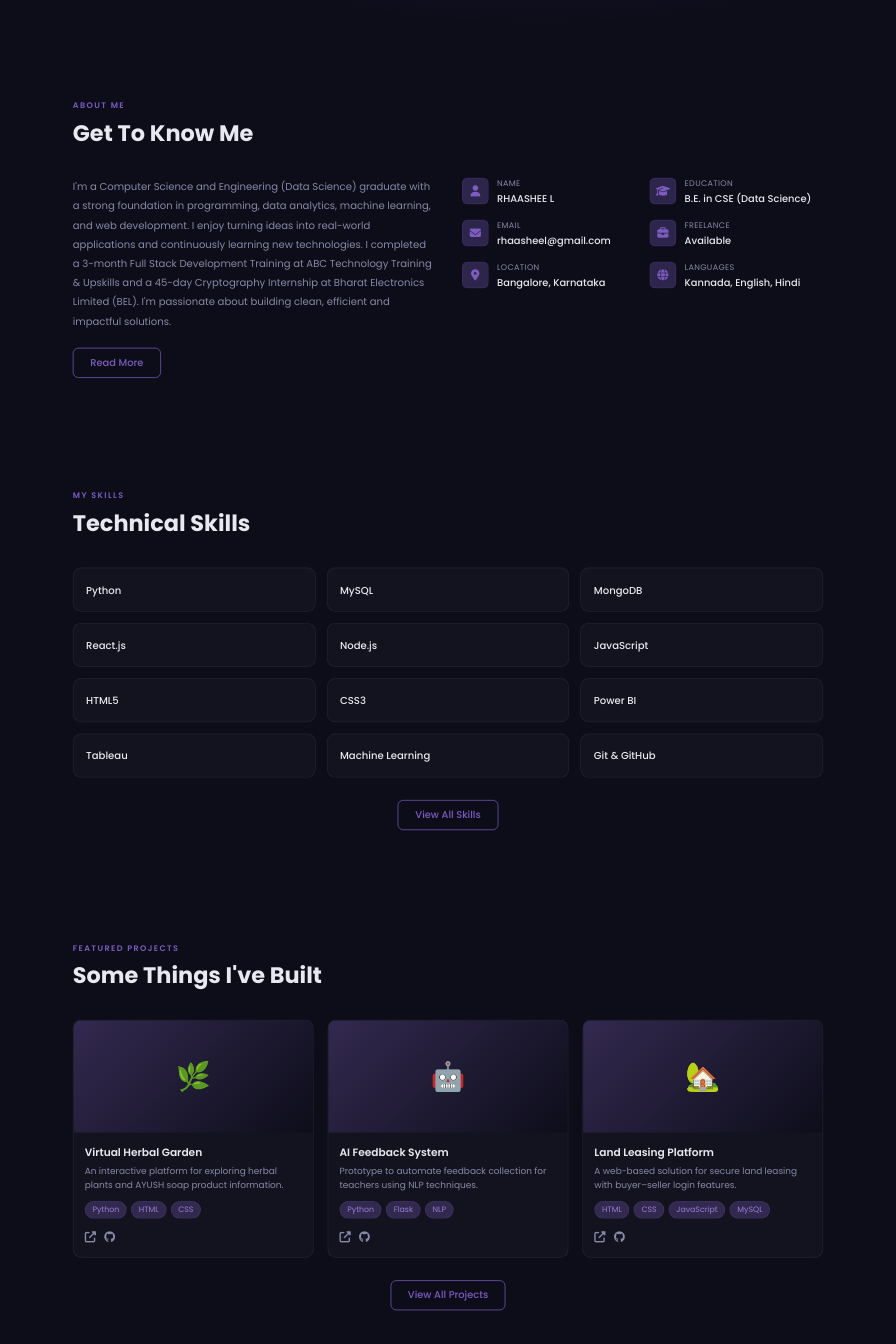
Repository: Rhaashee/Portfolio
Page: MyProfile-frontend/index.html
These files come from the project's save history. The page is drawn as it stood at one moment and after the next save; the edit follows.
The browser window is 1280 px wide. The pictures show the part of the page from y = 677 to 2597 px (the page is 5020 px tall), at 70% of full size.

Above is the page before, as saved 2026-06-21 13:11:46.

After the next save:
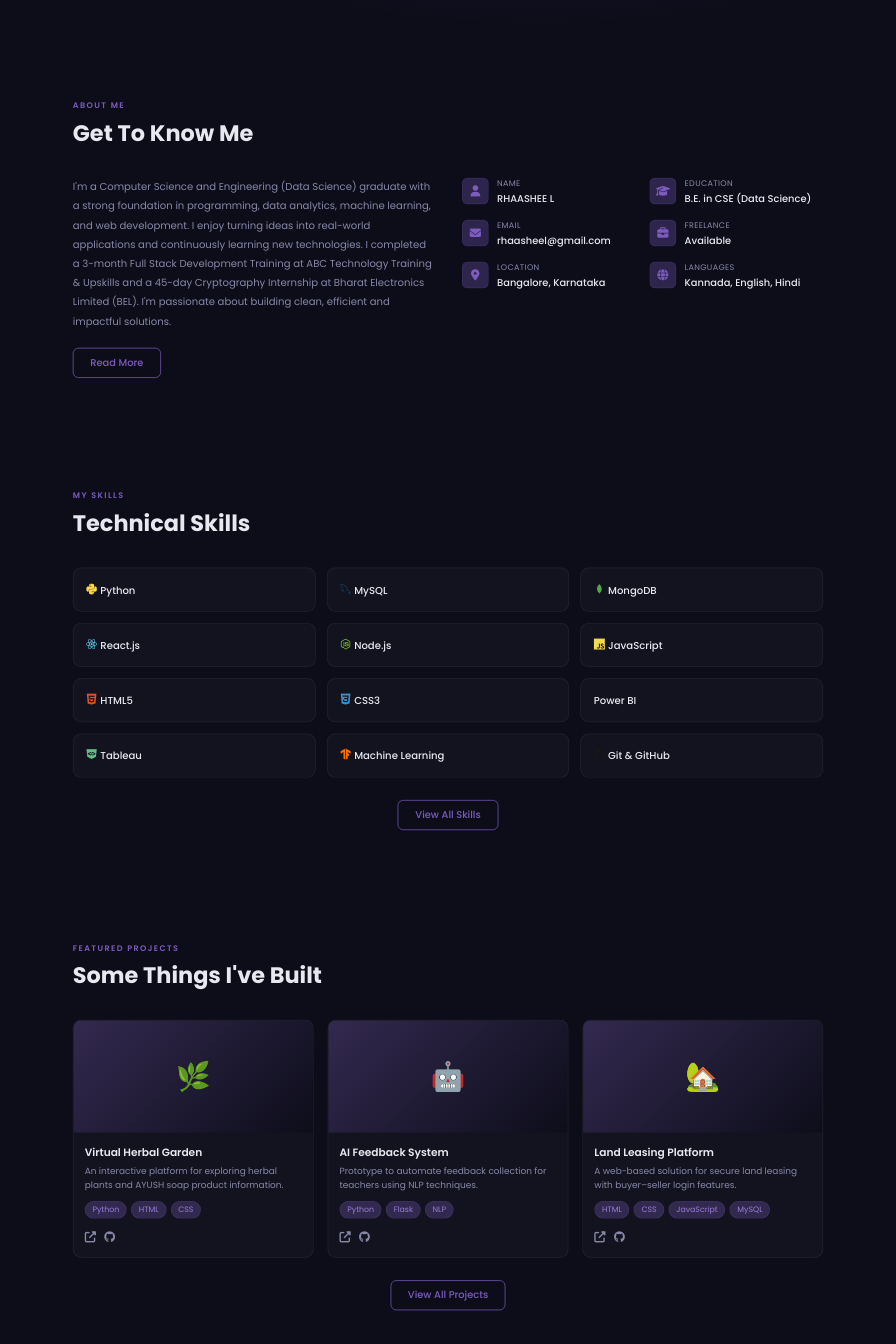
Saved 49 s later.
--- a/MyProfile-frontend/index.html
+++ b/MyProfile-frontend/index.html
@@ -7,6 +7,7 @@
 <link rel="preconnect" href="https://fonts.googleapis.com" />
 <link href="https://fonts.googleapis.com/css2?family=Poppins:wght@300;400;500;600;700;800&display=swap" rel="stylesheet" />
 <link rel="stylesheet" href="https://cdnjs.cloudflare.com/ajax/libs/font-awesome/6.5.1/css/all.min.css" />
+<link rel="stylesheet" href="https://cdnjs.cloudflare.com/ajax/libs/devicon/2.15.1/devicon.min.css" />
 
 <link rel="stylesheet" href="css/varibales.css" />
 <link rel="stylesheet" href="css/custom.css" />
